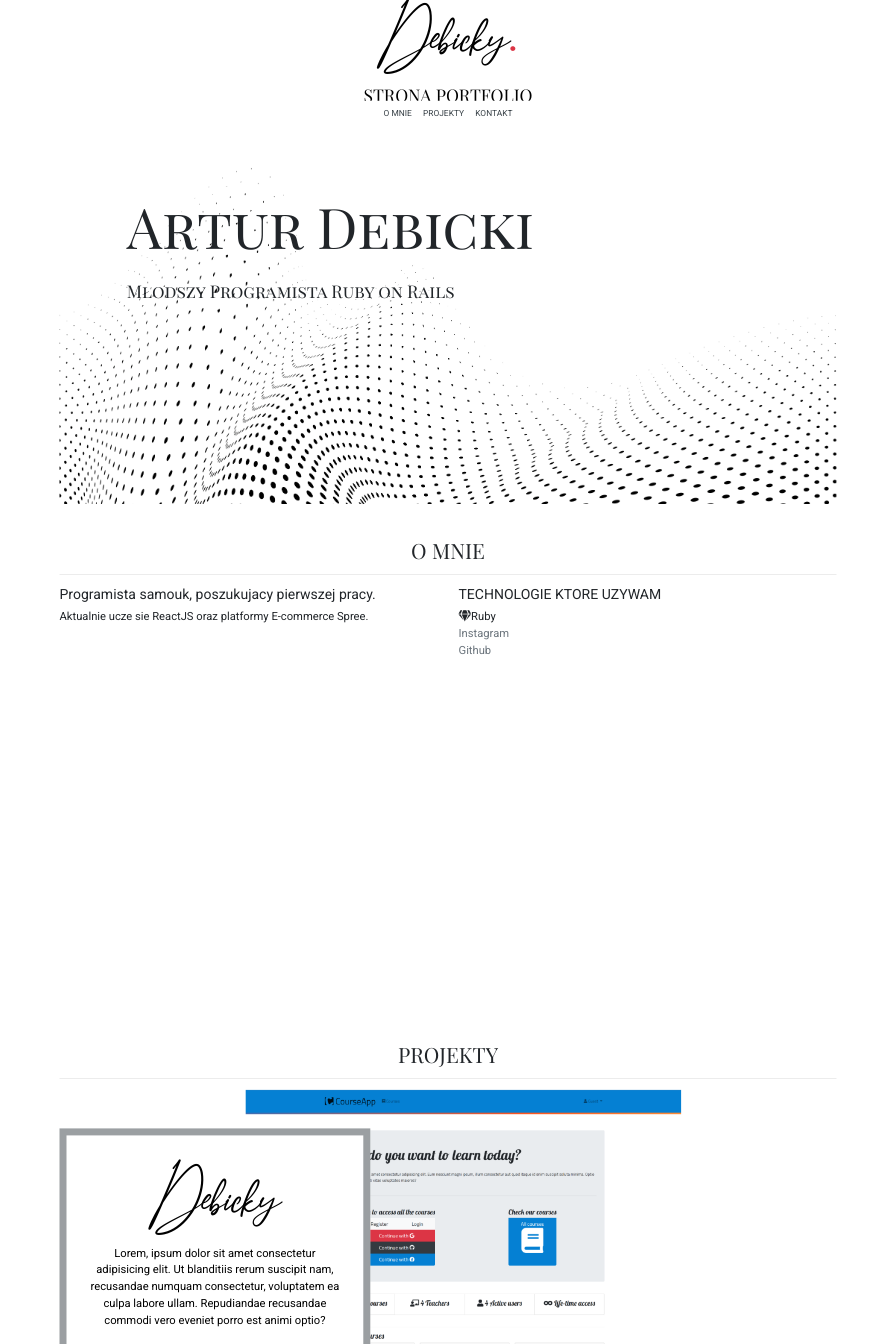
Repository: debicky/debicky.github.io
Page: index.html
An editor plug-in stored every save of this project. The page is shown before and after the next save, followed by the edit.
The browser window is 1280 px wide. The pictures show the part of the page from y = 0 to 1920 px (the page is 4287 px tall), at 70% of full size.
Some web libraries are served in a nearby version.

Above is the page before, as saved 2020-06-12 12:00:17.

After the next save:
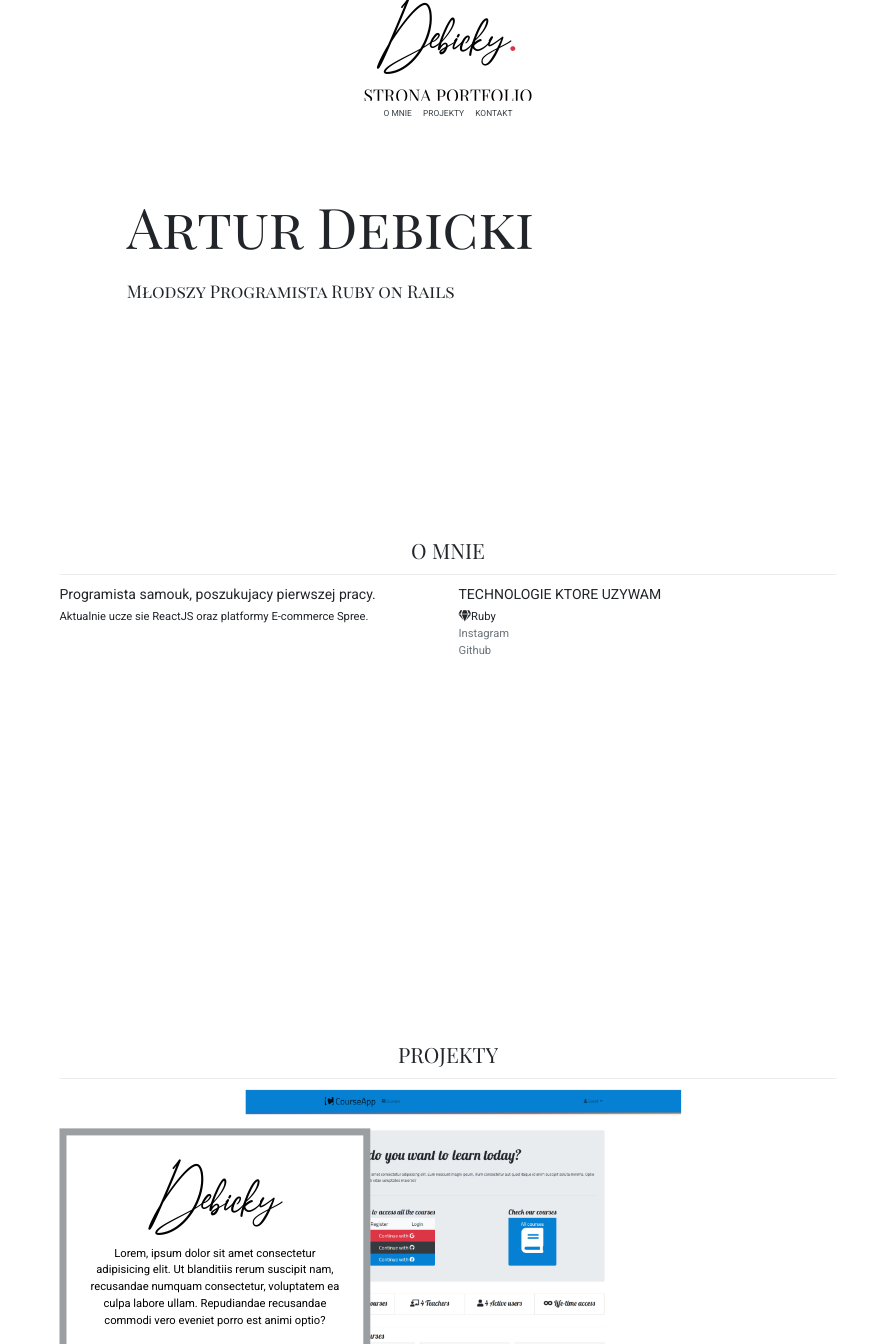
Saved 14 s later.
--- a/styles.css
+++ b/styles.css
@@ -17,10 +17,7 @@ a:hover {
 
 .hero{
   height: 80vh;
-  background-image: url("/images/bg.jpg");
-  background-position: center;
-  background-repeat: no-repeat;
-  background-size: cover;
+
 }
 
 .bg{
